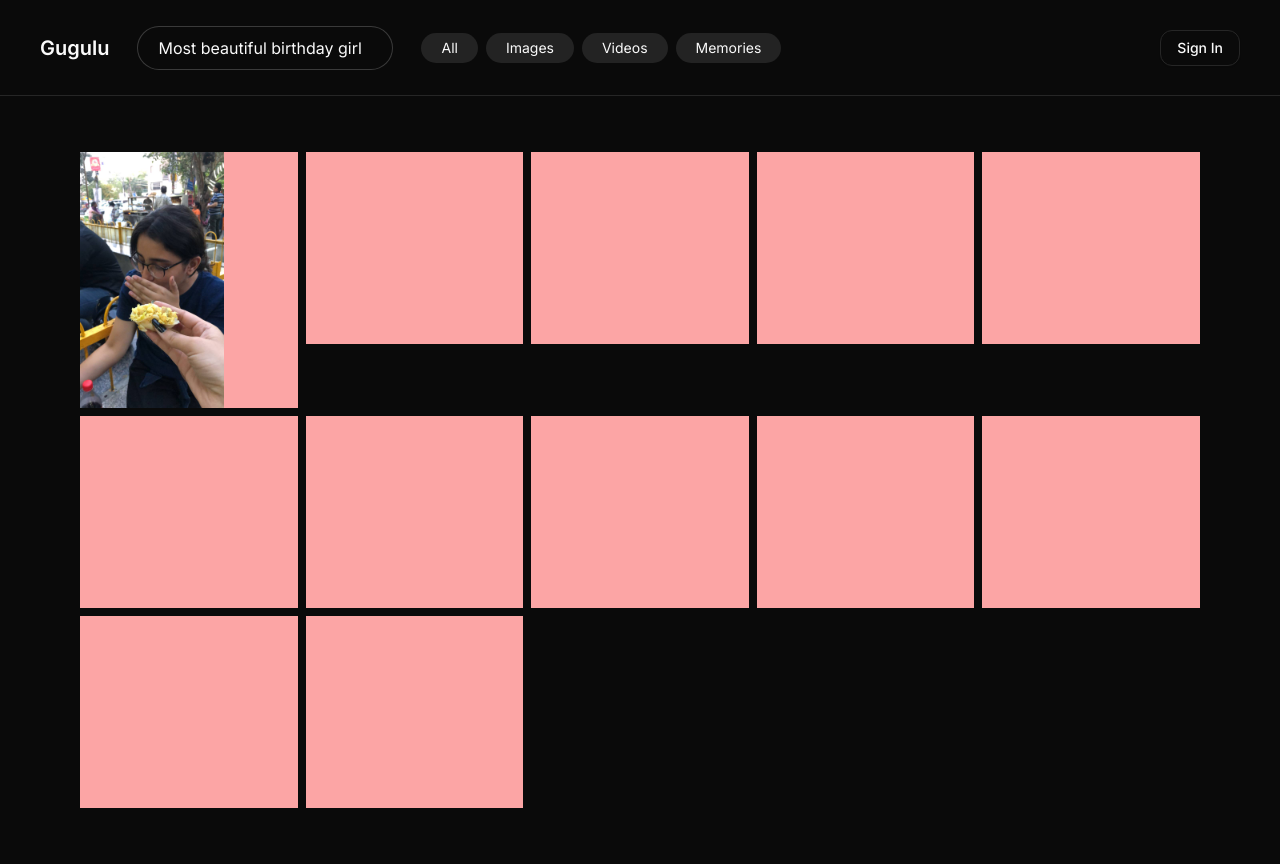
Repository: Harshgoel17/anshfinal
Page: /srishti/images
An editor plug-in stored every save of this project. The page is shown before and after the next save, followed by the edit.
The browser window is 1280 px wide. The pictures show the whole page.
The project was rebuilt for these pictures with package versions that can differ from the ones it lists, and the page was loaded fresh each time. The framework's server and built-in components were replaced by stand-ins that run in the browser. Also part of the build but not shown: next.config.js.

Above is the page before, as saved 2023-10-06 16:39:20.

After the next save:
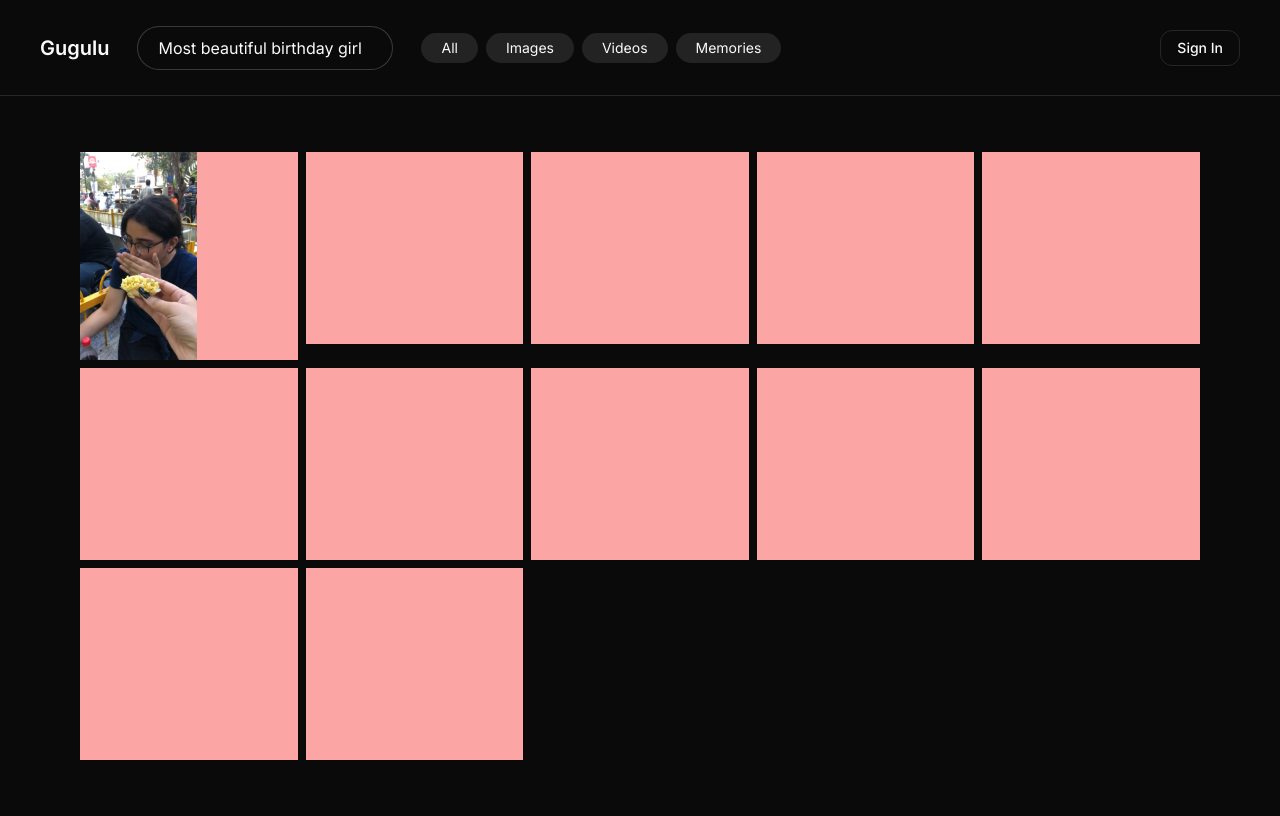
Saved 9 s later.
--- a/app/srishti/images/page.jsx
+++ b/app/srishti/images/page.jsx
@@ -7,8 +7,8 @@ const page = () => {
         <Navbar />
 
         <div className='py-14 px-20 grid grid-cols-5 w-full gap-2'>
-            <span className='bg-red-300 w-full min-h-32 max-h-64 overflow-hidden'>
-                <img src="/images/1.jpg" alt="" className='max-h-64'/>
+            <span className='bg-red-300 w-full min-h-32 max-h-52 overflow-hidden'>
+                <img src="/images/1.jpg" alt="" className='max-h-52'/>
             </span>
             <span className='bg-red-300 w-full min-h-32 h-48'></span>
             <span className='bg-red-300 w-full min-h-32 h-48'></span>
